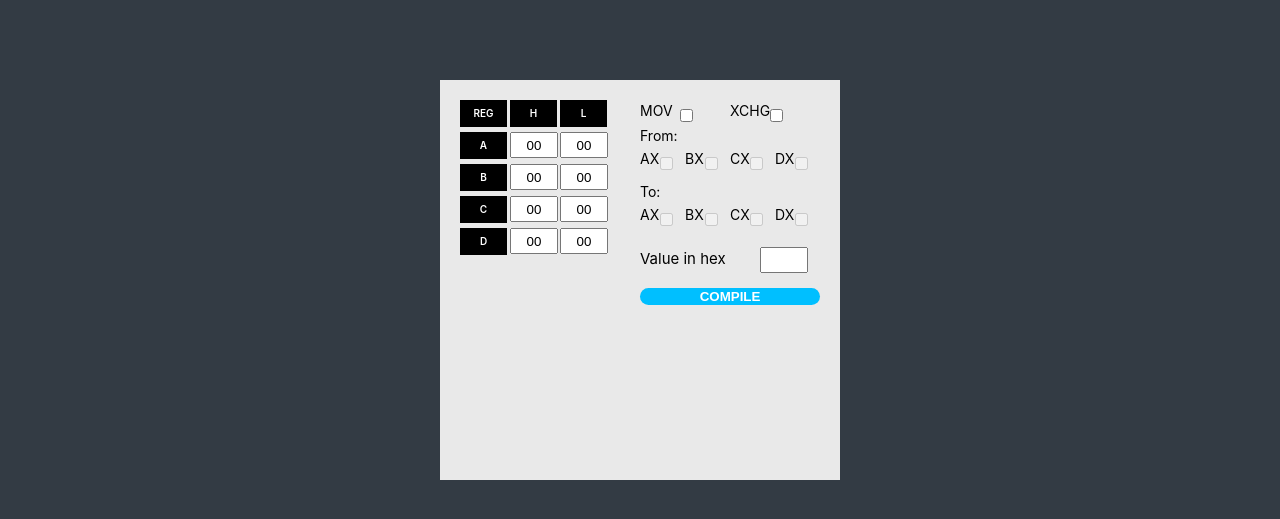
Repository: piookr-wsei/8086
Page: /
An editor plug-in stored every save of this project. The page is shown before and after a run of saves, followed by the edit.
The browser window is 1280 px wide. The pictures show the whole page.
The project was rebuilt for these pictures with package versions that can differ from the ones it lists, and the page was loaded fresh each time.

Above is the page before, as saved 2022-06-19 01:02:18.

After the next 4 saves:
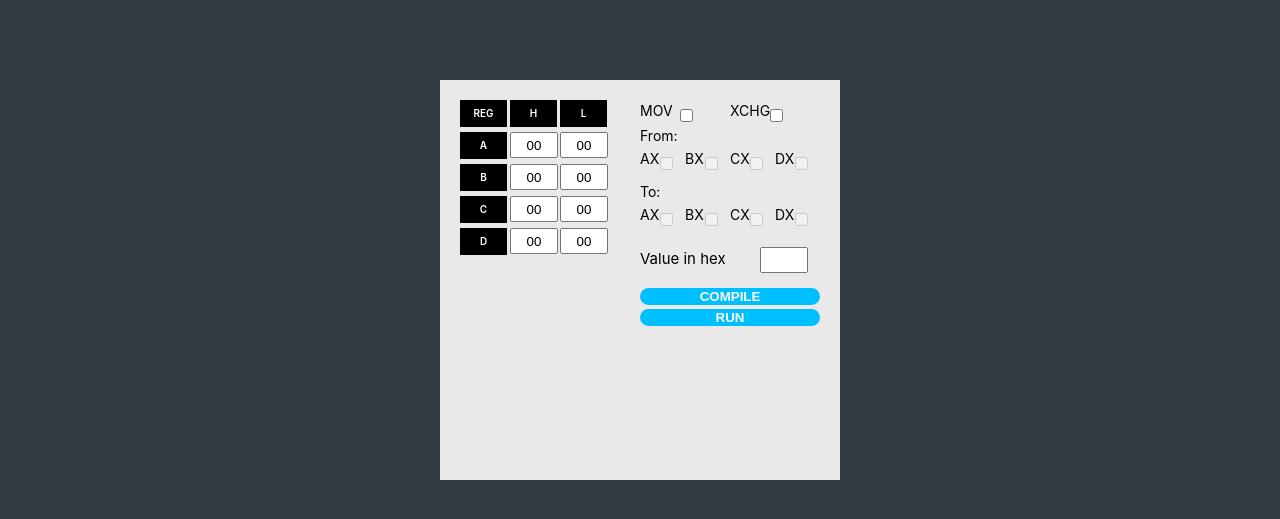
The 4 saves are shown as one change because 3 did not build or start.
The last was saved 2 min 5 s later.
--- a/src/App.js
+++ b/src/App.js
@@ -213,7 +213,7 @@ const [rowTwo, setRowTwo] = useState(true);
 
               </LineWrap>
               <Run onClick={Compile}>COMPILE</Run>
-
+              <Run onClick={() => HandleCheck(99)}>RUN</Run>
           </SettingsWrapper>
 
 
